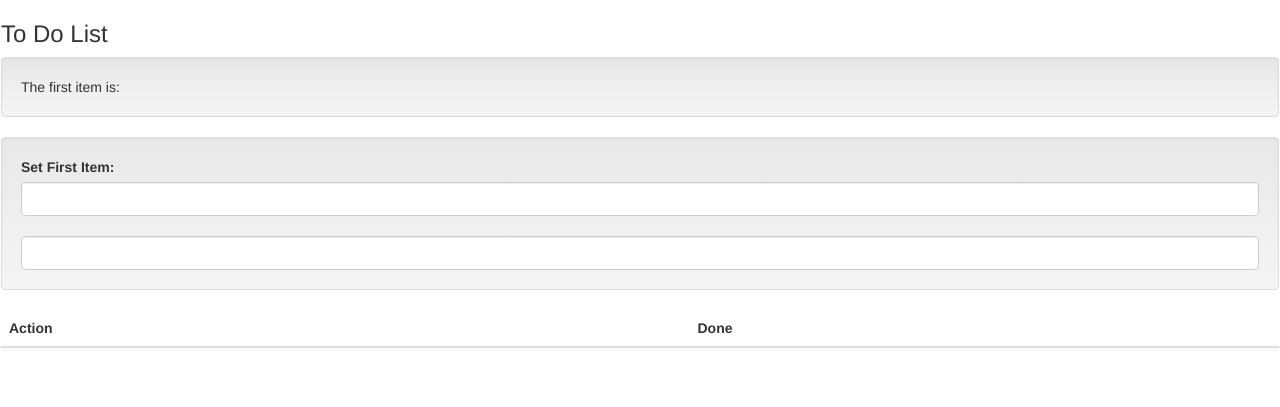
Repository: chisun-joung/workplace
Page: angularJS/WebContent/Chap10_Binding/P277_ngModel.html
An editor plug-in stored every save of this project. The page is shown before and after the next save, followed by the edit.
The browser window is 1280 px wide. The pictures show the whole page.
Some web libraries are served in a nearby version.

Above is the page before, as saved 2016-11-28 07:37:37.

### angularJS/WebContent/Chap10_Binding/P277_ngModel.html
<!DOCTYPE html>
<html ng-app="exampleApp">
<head>
	<title>TODO</title>
	<link href="bootstrap.css" rel="stylesheet" />
	<link href="bootstrap-theme.css" rel="stylesheet" />
	<style>
		.odd { background-color: lightcoral; }
		.even { background-color: lavenderblush; }
	</style>
	<script src="https://ajax.googleapis.com/ajax/libs/angularjs/1.2.9/angular.js"></script>
	<script type="text/javascript">
		angular.module('exampleApp',[])
		.controller('defaultCtrl', ['$scope',function($scope){
			$scope.todos = [
				{action:'Get groceries', complate:false},
				{action:'Call plumber', complate:false},
				{action:'Buy running shose', complate:true},
				{action:'Buy flowers', complate:false},
				{action:'Call family', complate:false}
			]
		}]);
	</script>
</head>
<body>
	<div id="todoPanel" class="panel" ng-controller="defaultCtrl">
		<h3 class="panel-header">To Do List</h3>

		<div class="well">
			<div>The first item is: </div>
		</div>

		<div class="form-group well">
			<label for="firstItem">Set First Item: </label>
			<!-- ng-model은 form 요소에서 구현 할 수 있다. 자신이 속한 콘트롤러에 묵시적으로 지정한 이름의 변수를 선언하고 값은 사용자가 입력한 값을 변수의 값으로 할당한다.
			또한 양방향 바인딩도 지원한다.  -->
			<input name="firstItem" class="form-control" ng-model="name"><br>
			<input name="firstItem" class="form-control" ng-model="name">
		</div>

		<table class="table">
			<thead>
				<tr>
					<th>Action</th>
					<th>Done</th>
				</tr>
			</thead>
			<tbody>

			</tbody>
		</table>

	</div>
</body>
</html>

Loaded but not shown: angularJS/WebContent/Chap10_Binding/bootstrap.css (library); angularJS/WebContent/Chap10_Binding/bootstrap-theme.css (library)

After the next save:
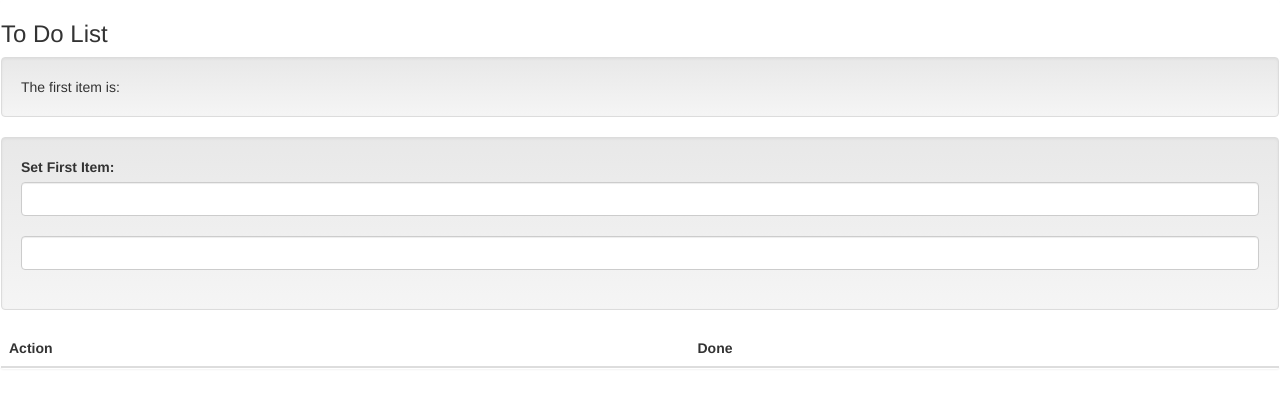
Saved 37 s later.
--- a/angularJS/WebContent/Chap10_Binding/P277_ngModel.html
+++ b/angularJS/WebContent/Chap10_Binding/P277_ngModel.html
@@ -35,7 +35,8 @@
 			<!-- ng-model은 form 요소에서 구현 할 수 있다. 자신이 속한 콘트롤러에 묵시적으로 지정한 이름의 변수를 선언하고 값은 사용자가 입력한 값을 변수의 값으로 할당한다.
 			또한 양방향 바인딩도 지원한다.  -->
 			<input name="firstItem" class="form-control" ng-model="name"><br>
-			<input name="firstItem" class="form-control" ng-model="name">
+			<input name="firstItem" class="form-control" ng-model="name"><br>
+			<div>{{name}}</div>
 		</div>
 
 		<table class="table">
